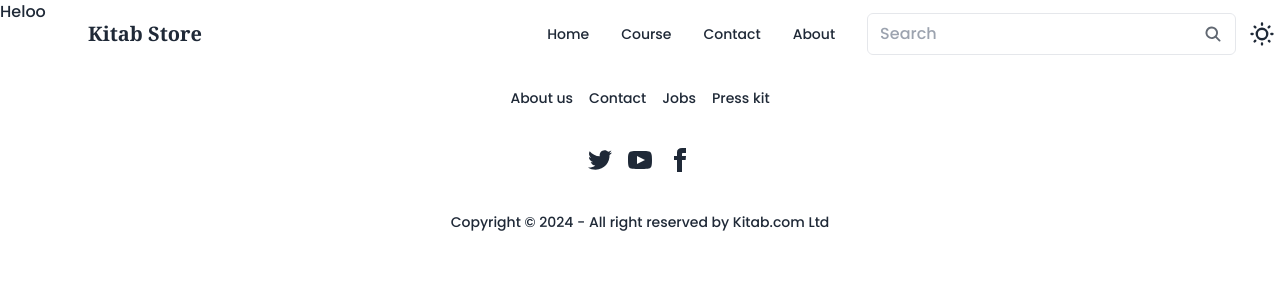
Repository: diensy/Kitab.com
Page: /Course (app in Frontend/)
An editor plug-in stored every save of this project. The page is shown before and after the next save, followed by the edit.
The browser window is 1280 px wide. The pictures show the whole page.
The project was rebuilt for these pictures with package versions that can differ from the ones it lists, and the page was loaded fresh each time. Also part of the build but not shown: Frontend/vite.config.js, Frontend/src/Components/Banner.jsx, Frontend/src/Components/Card.jsx, Frontend/src/Components/FreeBook_Section.jsx, Frontend/src/Home/Home.jsx.

Above is the page before, as saved 2024-08-01 01:23:07.

After the next save:
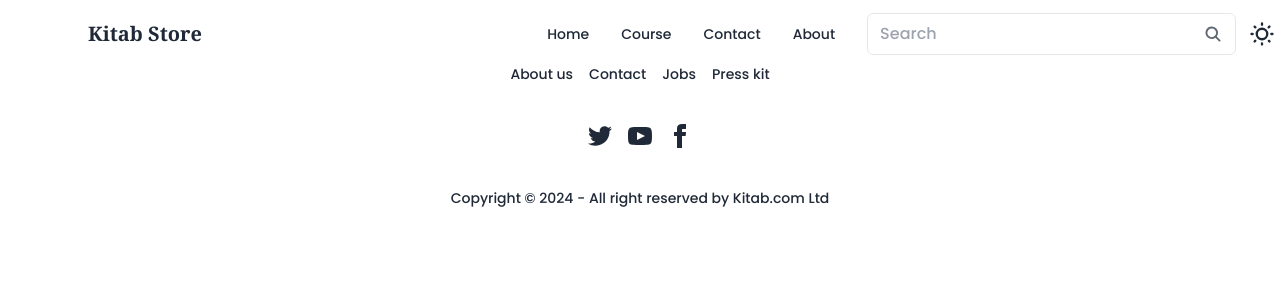
Saved 2 min 2 s later.
--- a/Frontend/src/Courses/Courses.jsx
+++ b/Frontend/src/Courses/Courses.jsx
@@ -7,7 +7,7 @@
   return (
     <>
       <Navbar />
-      <Course />
+
       <Footer />
     </>
   );

After the 2 saves that followed:
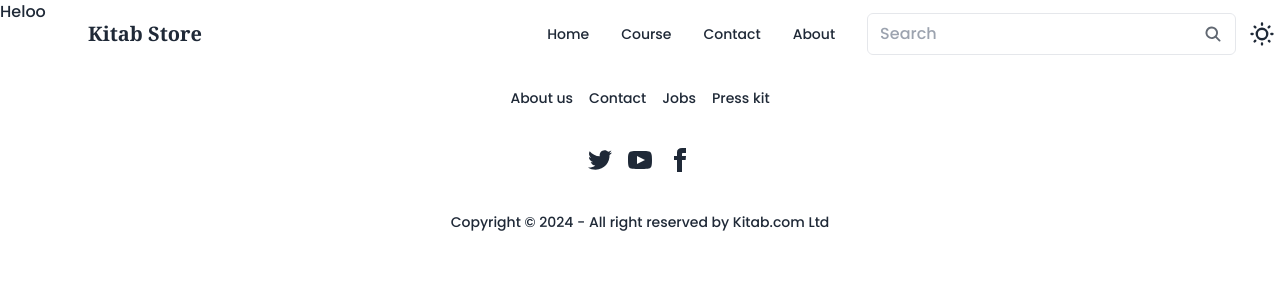
The 2 saves are shown as one change because they came seconds apart.
The last was saved 7 s later.
--- a/Frontend/src/Courses/Courses.jsx
+++ b/Frontend/src/Courses/Courses.jsx
@@ -7,7 +7,9 @@
   return (
     <>
       <Navbar />
-
+      <div>
+      <Course />
+      </div>
       <Footer />
     </>
   );
